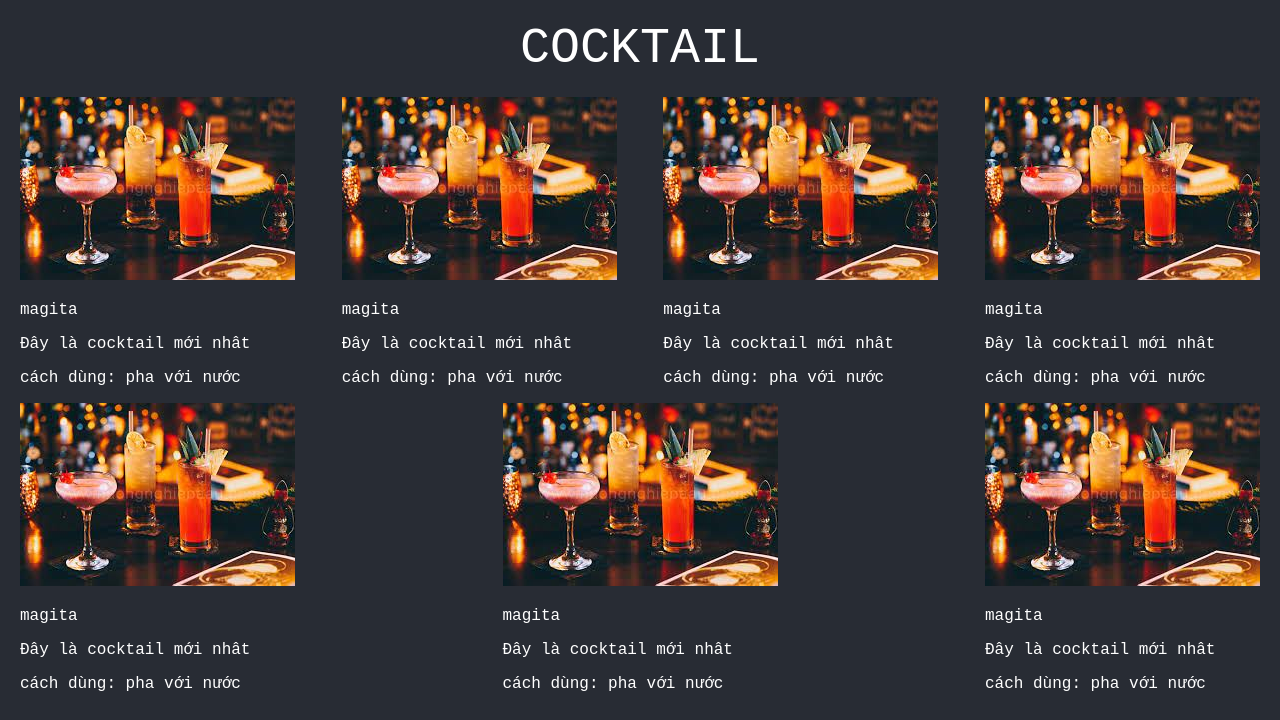
Repository: phunobi1807/coctails
Page: /
These files come from the project's save history. The page is drawn as it stood at one moment and after the next save; the edit follows.
The browser window is 1280 px wide. The pictures show the whole page.
The project was rebuilt for these pictures with package versions that can differ from the ones it lists, and the page was loaded fresh each time.

Above is the page before, as saved 2021-09-25 12:59:57.

After the next save:
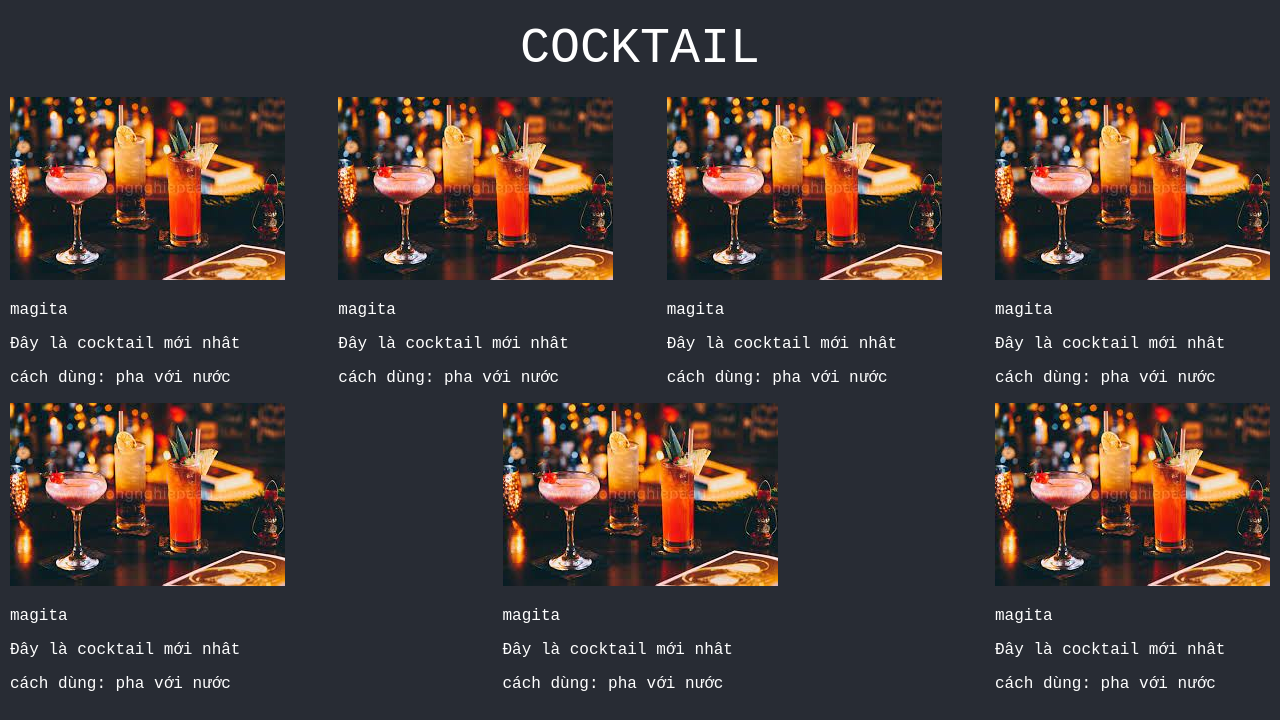
Saved 5 s later.
--- a/src/components/ListCocktails.scss
+++ b/src/components/ListCocktails.scss
@@ -3,6 +3,6 @@
     display: flex;
     justify-content: space-between;
     flex-wrap: wrap;
-    padding: 0 20px;
+    padding: 0 10px;
 
 }
